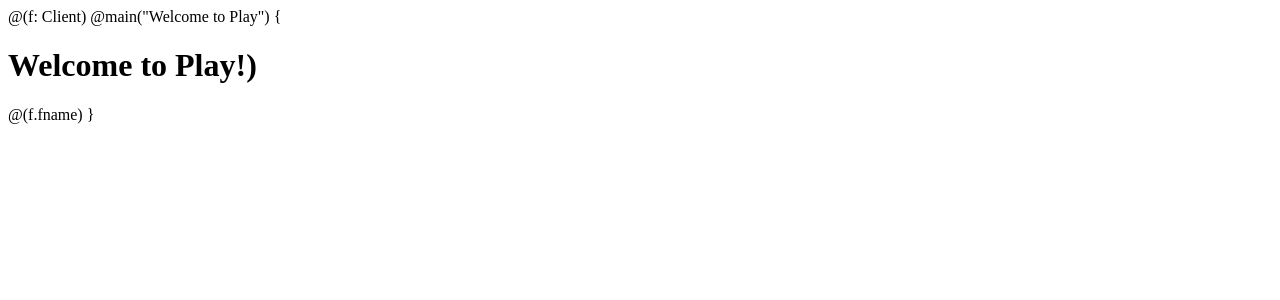
Repository: fkargar/VCASoft
Page: iautoshop/app/views/client.scala.html
An editor plug-in stored every save of this project. The page is shown before and after the next save, followed by the edit.
The browser window is 1280 px wide. The pictures show the whole page.

Above is the page before, as saved 2017-12-15 04:09:26.

After the next save:
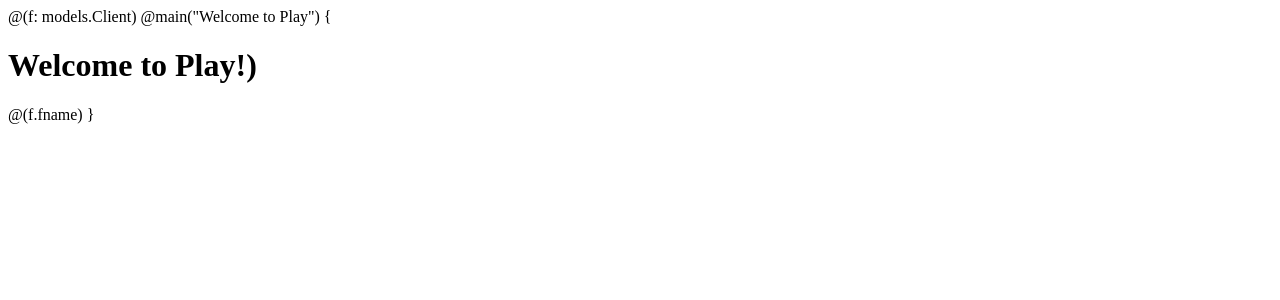
Saved 45 s later.
--- a/iautoshop/app/views/client.scala.html
+++ b/iautoshop/app/views/client.scala.html
@@ -1,4 +1,4 @@
-@(f: Client)
+@(f: models.Client)
 
 @main("Welcome to Play") {
   <h1>Welcome to Play!)</h1>
